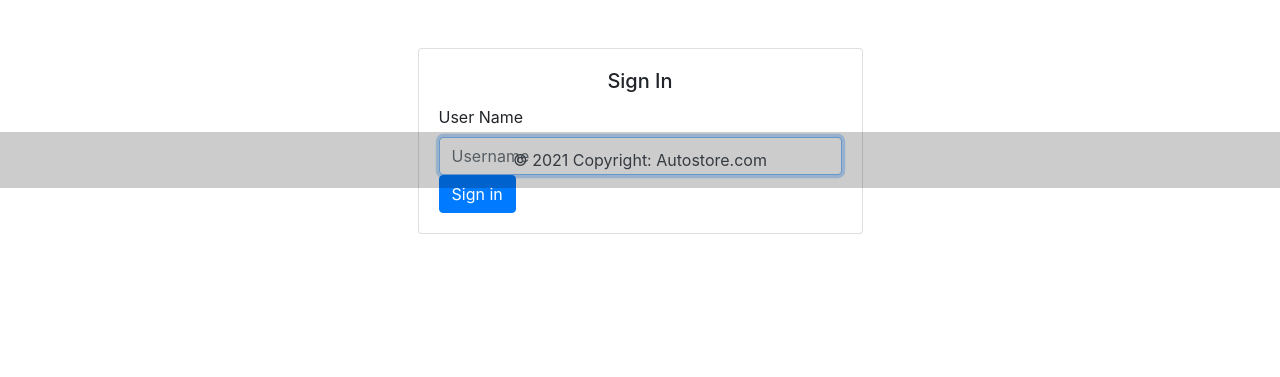
Repository: pravinsakthivel/ecommerce
Page: /
The author's editor kept a copy of each file at every save. The page is drawn from the files as they stood at one save, then again after the next save.
The browser window is 1280 px wide. The pictures show the whole page.
The project was rebuilt for these pictures with package versions that can differ from the ones it lists, and the page was loaded fresh each time. Also part of the build but not shown: src/components/ProductItem.vue, src/components/UI/ShoppingCartIcon.vue, src/components/UI/NavigationBar.vue, src/components/UI/SearchBar.vue, src/components/ProductDescriptionModal.vue, src/components/ProductList.vue, src/components/PayPalComponent.vue, src/components/PaymentDetails.vue and 5 more.

Above is the page before, as saved 2021-04-10 20:47:41.

### public/index.html
<!DOCTYPE html>
<html lang="">
  <head>
    <meta charset="utf-8">
    <meta http-equiv="X-UA-Compatible" content="IE=edge">
    <meta name="viewport" content="width=device-width,initial-scale=1.0">
    <link rel="icon" href="<%= BASE_URL %>favicon.ico">
    <link href="https://fonts.googleapis.com/css?family=Nunito+Sans:400,400i,700,900&display=swap" rel="stylesheet">
    <title><%= htmlWebpackPlugin.options.title %></title>
  </head>
  <body>
    <noscript>
      <strong>We're sorry but <%= htmlWebpackPlugin.options.title %> doesn't work properly without JavaScript enabled. Please enable it to continue.</strong>
    </noscript>
    <div id="page-container">
      <div id="content-wrap">
        <div id="app"></div>
      </div>
      <footer id="footer"></footer>
    </div>
    <!-- built files will be auto injected -->
  </body>
</html>

### src/main.js
import { createApp } from 'vue';
import App from './App.vue';
import router from './router.js';
import store from './store.js';
import 'bootstrap';
import 'font-awesome/css/font-awesome.min.css';
import 'bootstrap/dist/css/bootstrap.min.css';
import BaseButton from "./components/UI/BaseButton.vue";
import BaseBadge from './components/UI/BaseBadge.vue';
import TheJumbotrom from './components/UI/TheJumbotron.vue';
import BaseModal from './components/UI/BaseModal.vue';



const app = createApp(App);
app.use(router);
app.use(store);
app.component('base-button',BaseButton);
app.component('base-badge',BaseBadge);
app.component('the-jumbotron',TheJumbotrom);
app.component('base-modal',BaseModal);
app.mount('#app');

### src/App.vue
<template>
 <router-view></router-view>
 <div class="text-center text-dark p-3 footer" style="background-color: rgba(0, 0, 0, 0.2);">
    © 2021 Copyright:
    <a class="text-dark" href="#">Autostore.com</a>
  </div>
</template>

<script>

export default {
  name: 'App',
}
</script>

<style >

.footer {
  position: relative;
  margin-top: -150px; /* negative value of footer height */
}
</style>

### src/router.js
import { createRouter, createWebHistory } from "vue-router";
import ProductList from "./components/ProductList.vue";
import CartList from "./components/CartList.vue";
import OrderSuccessPage from "./components/UI/OrderSuccess.vue";
import LoginPage from "./components/UI/LoginPage.vue";

const router = createRouter({
  history: createWebHistory(),
  routes: [
    {
      path: "/",
      redirect: "/login",
    },
    {
      path: "/cartIems",
      component: CartList,
    },
    {
      path: "/products",
      component: ProductList,
    },
    {
      path: "/orderSuccessPage",
      component: OrderSuccessPage,
    },
    {
      path: "/login",
      component: LoginPage,
    },
  ],
});

export default router;

### src/store.js
import {createStore} from 'vuex';
import productModule from './store/products/index.js'

const store = createStore({
   modules:{
        products:productModule
   }
});

export default store;

### src/components/UI/BaseButton.vue
<template>
    <button
        class="btn btn-primary"
        type="submit"
        @click.prevent="clickAction"
      >
        <slot></slot>
      </button>
</template>
<script>
export default {
    emits:['click-action'],
    methods:{
        clickAction(){
            this.$emit('click-action');
        }
    }
}
</script>

### src/components/UI/LoginPage.vue
<template>
  <div class="container">
    <div class="row">
      <div class="col-sm-9 col-md-7 col-lg-5 mx-auto">
        <div class="card card-signin my-5">
          <div class="card-body">
            <h5 class="card-title text-center">Sign In</h5>
            <form class="form-signin">
              <div class="form-label-group">
                <label for="userName">User Name</label>
                <input
                  type="text"
                  id="userName"
                  class="form-control"
                  :class="{ 'is-invalid': errorClass }"
                  placeholder="Username"
                  required
                  autofocus
                  v-model="userName"
                />
              </div>
              <base-button
                customClass="btn mt-3  btn-primary btn-block text-uppercase"
                @click-action="login"
                >Sign in</base-button
              >
            </form>
          </div>
        </div>
      </div>
    </div>
  </div>
</template>
<script>
export default {
  data() {
    return {
      userName: "",
      errorClass: false,
    };
  },
  methods: {
    login() {
      if (this.userName != "") {
        this.errorClass = false;
        this.$store.dispatch("products/setUser", this.userName);
        this.$router.push("/products");
      } else {
        this.errorClass = true;
      }
    },
  },
};
</script>

### src/store/products/index.js
import actions from './actions.js';
import getters from './getters.js';
import mutations from './mutations.js';

export default{
    namespaced:true,
    state(){
        return{
            products: [],
            cartItems: [],
            productsIdsInCart:[],
            searchedItems:[],
            lastUpdated:null,
            loggedInUser :''
        }
    },
    actions,
    getters,
    mutations
}

### src/store/products/actions.js
export default {
  async loadProducts(context,forceRefresh) {
    console.log(context.getters.shouldRefresh , forceRefresh);
    if(!context.getters.shouldRefresh && !forceRefresh){
      console.log("sending cache data");
      return;
    }
    console.log("sending fetched data");
    let url = `https://products-data-b01f9-default-rtdb.firebaseio.com/products/-MXaxOFKGRgCKs_OkzrR.json`;
    let response = await fetch(url);
    let responseData = await response.json();
    context.commit("setProducts", responseData);
    context.commit("setTimeStamp");
  },
  setProducts(context, payload) {
    context.commit("setProducts", payload);
  },
  addProductItemToCart(context, product) {
    let cartItems = [...context.getters.getCartItems, product];
    context.dispatch("addProductIdInCart", product.productId);
    context.commit("setCartItems", cartItems);
  },
  addProductIdInCart(context, data) {
    let productIdsInCart = [...context.getters.getproductIdsIncart, data];
    context.commit("setProductIdsInCart", productIdsInCart);
  },
  setCartItems(context, data) {
    context.commit("setCartItems", data);
  },
  removeCartItem(context, productId) {
    let cartItems = context.getters.getCartItems;
    let filteredItems = cartItems.filter((item) => {
      return item.productId != productId;
    });
    context.dispatch("removeProductIdInCart", productId);
    context.commit("setCartItems", filteredItems);
  },
  removeProductIdInCart(context, productId) {
    let productIdsInCart = context.getters.getproductIdsIncart;
    const index = productIdsInCart.indexOf(productId);
    if (index > -1) {
      productIdsInCart.splice(index, 1);
    }
    context.commit("setProductIdsInCart", productIdsInCart);
  },
  setSearchedItems(context, payload) {
    context.commit("setSearchedItems", payload);
  },
  setUser(context,userName){
    context.commit("setUser",userName);
  },
  resetProductIdsInCart(context){
    context.commit("setProductIdsInCart",[])
  }
};

### src/store/products/getters.js
export default {
  getProducts(state) {
    return state.products;
  },
  getCartItems(state) {
    return state.cartItems;
  },
  getproductIdsIncart(state) {
    return state.productsIdsInCart;
  },
  shouldRefresh(state) {
    let lastUpdate = state.lastUpdated;
    if (!lastUpdate) {
      return true;
    }
    const currentTimeStamp = new Date().getTime();
    return (currentTimeStamp - lastUpdate) / 1000 > 60;
  },
  getSearchItems(state){
      return state.searchedItems;
  },
  getLoggedInUser(state){
    return state.loggedInUser;
  }
};

### src/store/products/mutations.js
export default {
  setCartItems(state, payload) {
    state.cartItems = payload;
  },
  setProducts(state, payload) {
    state.products = payload;
  },
  setProductIdsInCart(state, payload) {
    state.productsIdsInCart = payload;
  },
  setTimeStamp(state) {
    state.lastUpdated = new Date().getTime();
  },
  setSearchedItems(state, payload) {
    state.searchedItems = payload;
  },
  setUser(state, userName) {
    state.loggedInUser = userName;
  },
};

After the next save:
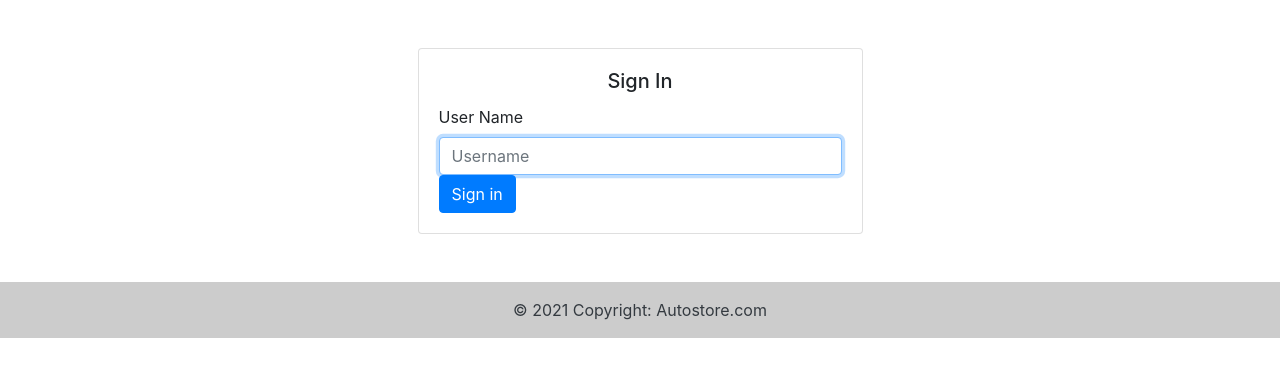
Saved 24 s later.
--- a/src/App.vue
+++ b/src/App.vue
@@ -14,9 +14,19 @@ export default {
 </script>
 
 <style >
+#page-container {
+  position: relative;
+  min-height: 100vh;
+}
 
-.footer {
-  position: relative;
-  margin-top: -150px; /* negative value of footer height */
+#content-wrap {
+  padding-bottom: 2.5rem;    /* Footer height */
+}
+
+#footer {
+  position: absolute;
+  bottom: 0;
+  width: 100%;
+  height: 2.5rem;            /* Footer height */
 }
 </style>
